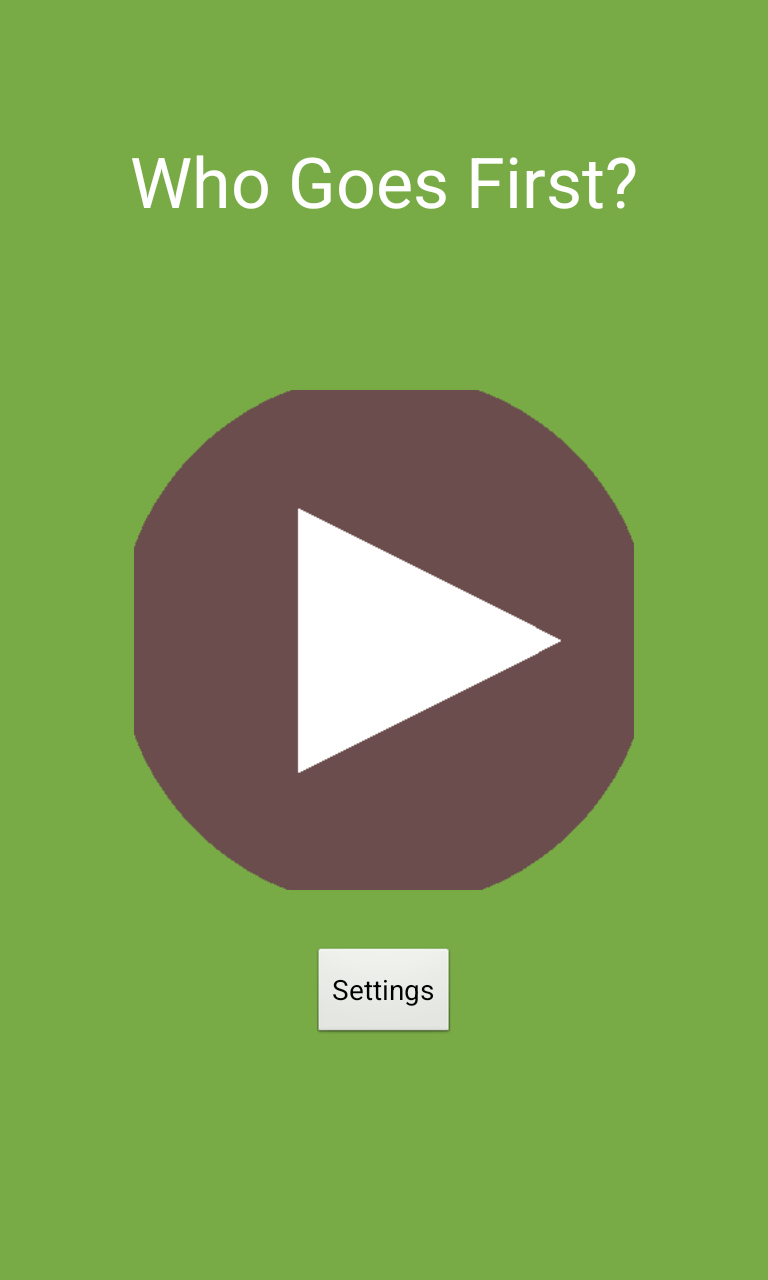
Repository: DarwinLYang/WhoGoesFirstApp
Layout: Who First/WhoFirst/res/layout/fragment_main.xml
The author's editor kept a copy of each file at every save. The layout is drawn from the files as they stood at one save, then again after the next save.
It is drawn on a 768 x 1280 px phone screen (xhdpi) without system bars, with theme android:Theme.NoTitleBar.Fullscreen; the app's code is not run.

Above is the layout before, as saved 2014-04-11 21:26:31.

After the next save:
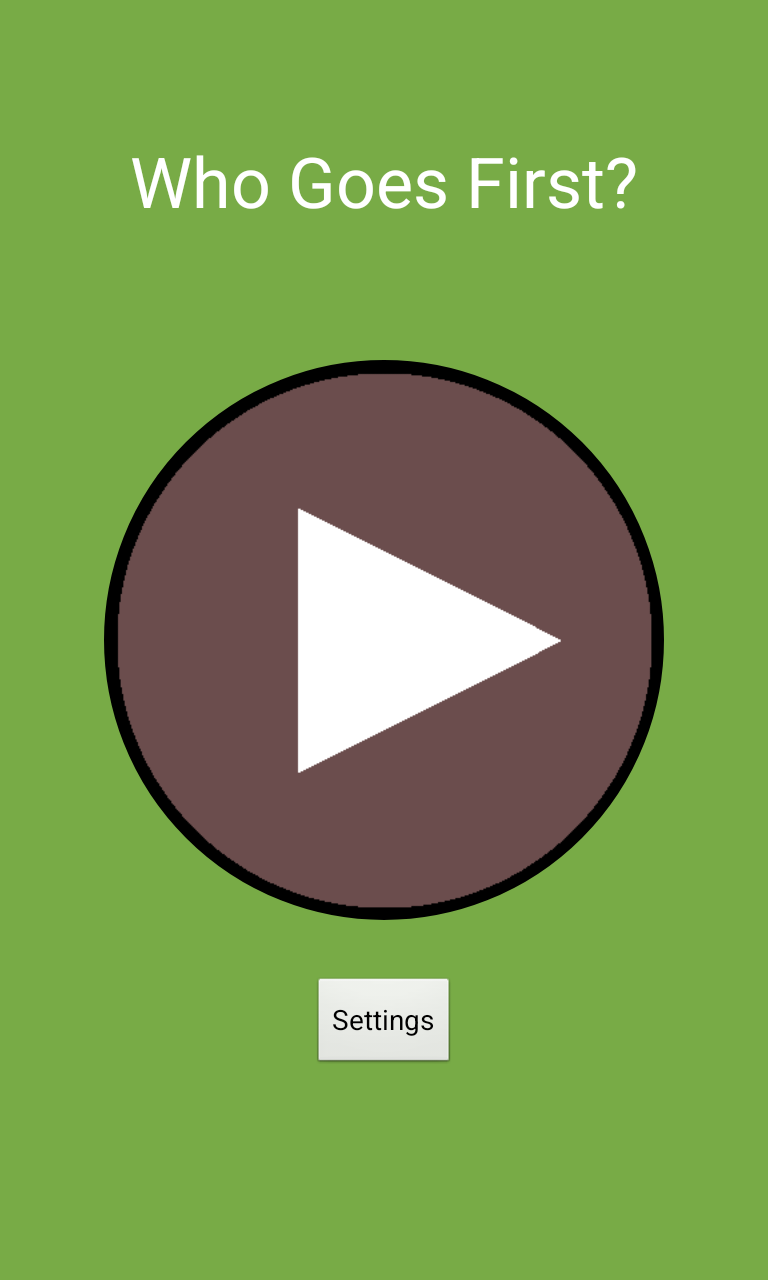
Saved 12 s later.
--- a/Who First/WhoFirst/res/layout/fragment_main.xml
+++ b/Who First/WhoFirst/res/layout/fragment_main.xml
@@ -19,8 +19,8 @@
 
     <ImageButton
         android:id="@+id/questionButton"
-        android:layout_width="250dip"
-        android:layout_height="250dip"
+        android:layout_width="280dip"
+        android:layout_height="280dip"
         android:layout_centerHorizontal="true"
         android:layout_centerVertical="true"
         android:adjustViewBounds="true"
